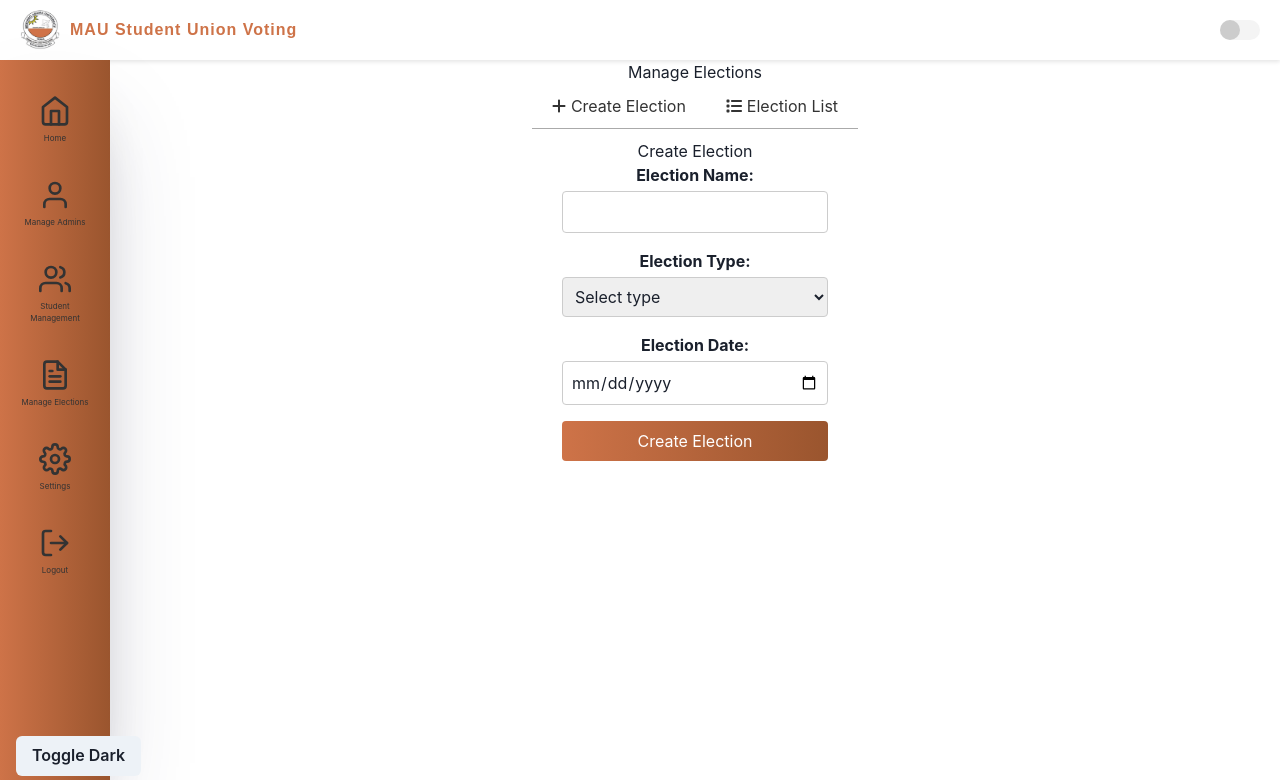
Repository: joena1o/e-vote
Page: /admin-dashboard/manage-elections
These files come from the project's save history. The page is drawn as it stood at one moment and after the next save; the edit follows.
The browser window is 1280 px wide. The pictures show the whole page.
The project was rebuilt for these pictures with package versions that can differ from the ones it lists, and the page was loaded fresh each time. Also part of the build but not shown: src/components/EnhancedLogin.js, src/components/maincontent/RegisterStudents/ManageStudents.js, src/components/maincontent/RegisterStudents/RegisterStudents.js, src/components/maincontent/RegisterStudents/StudentManagement.js, src/components/maincontent/ElectionResults/ViewResults.js, src/components/maincontent/Settings/Settings.js, src/api/index.js, src/components/maincontent/home/Home.styles.js and 5 more.

Above is the page before, as saved 2023-10-19 18:14:44.

After the next save:
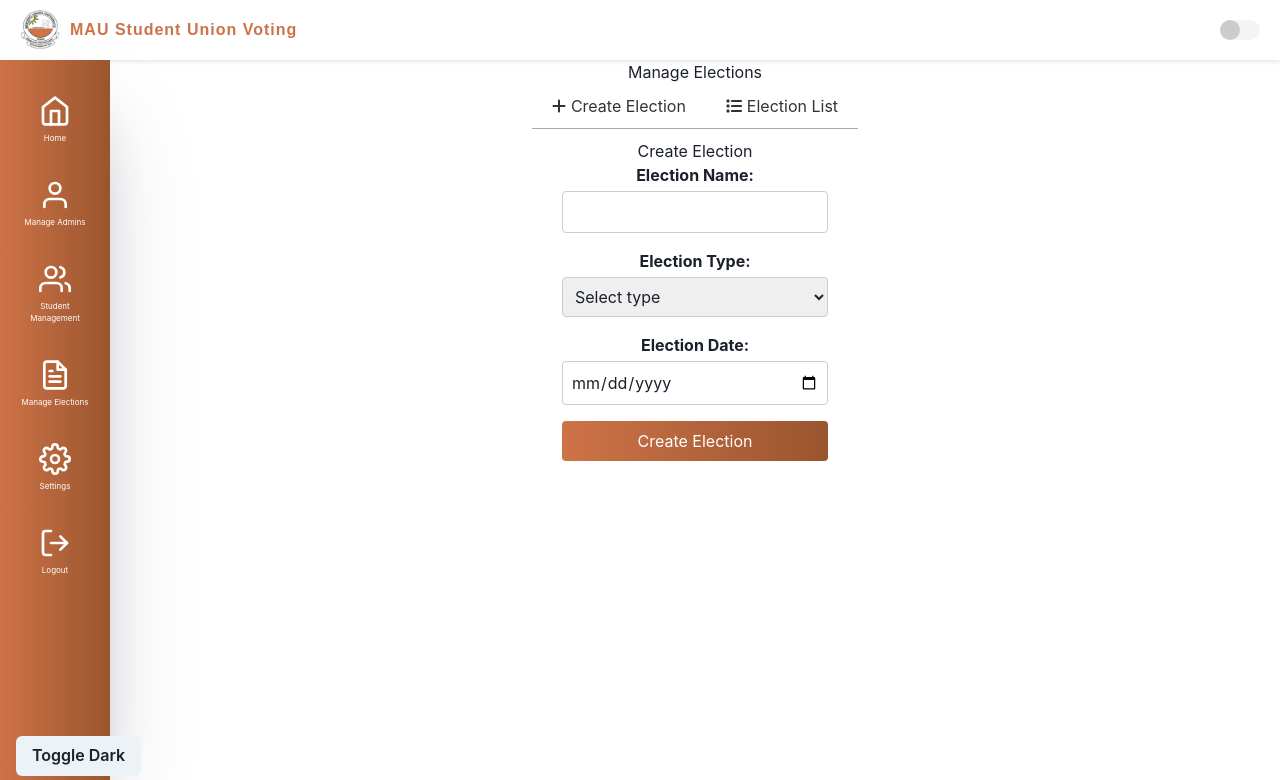
Saved 2 min 45 s later.
--- a/src/components/Sidebar.js
+++ b/src/components/Sidebar.js
@@ -5,10 +5,10 @@ import { FiHome, FiUser, FiUsers, FiFileText, FiSettings, FiLogOut } from 'react
 import { useColorMode } from '@chakra-ui/react';
 
 const SidebarContainer = styled.nav`
-  background: ${props => (props.theme === 'dark' ? '#333' : 'linear-gradient(to right, #ce7348, #9a552e)')}; // Modified background color for light mode
+  background: ${props => (props.theme === 'dark' ? '#333' : 'linear-gradient(to right, #ce7348, #9a552e)')};
   padding: 15px;
   height: 100vh;
-  color: ${props => (props.theme === 'dark' ? '#fff' : '#333')};
+  color: ${props => (props.theme === 'dark' ? '#fff' : '#fff')}; // Made the text color white for both modes
   box-shadow: rgba(50, 50, 93, 0.25) 0px 50px 100px -20px, rgba(0, 0, 0, 0.3) 0px 30px 60px -30px;
   display: flex;
   flex-direction: column;
@@ -22,7 +22,7 @@ const LinkList = styled.ul`
 
 const StyledLink = styled(Link)`
   text-decoration: none;
-  color: ${props => (props.theme === 'dark' ? '#fff' : '#333')};
+  color: #fff; // Set the text color to white
   display: flex;
   flex-direction: column;
   align-items: center;
@@ -57,6 +57,7 @@ const LinkItem = styled.li`
 
 const Icon = styled.div`
   font-size: 2rem;
+  color: #fff; // Set the icon color to white
 
   @media (max-width: 768px) {
     font-size: 0.9rem;
